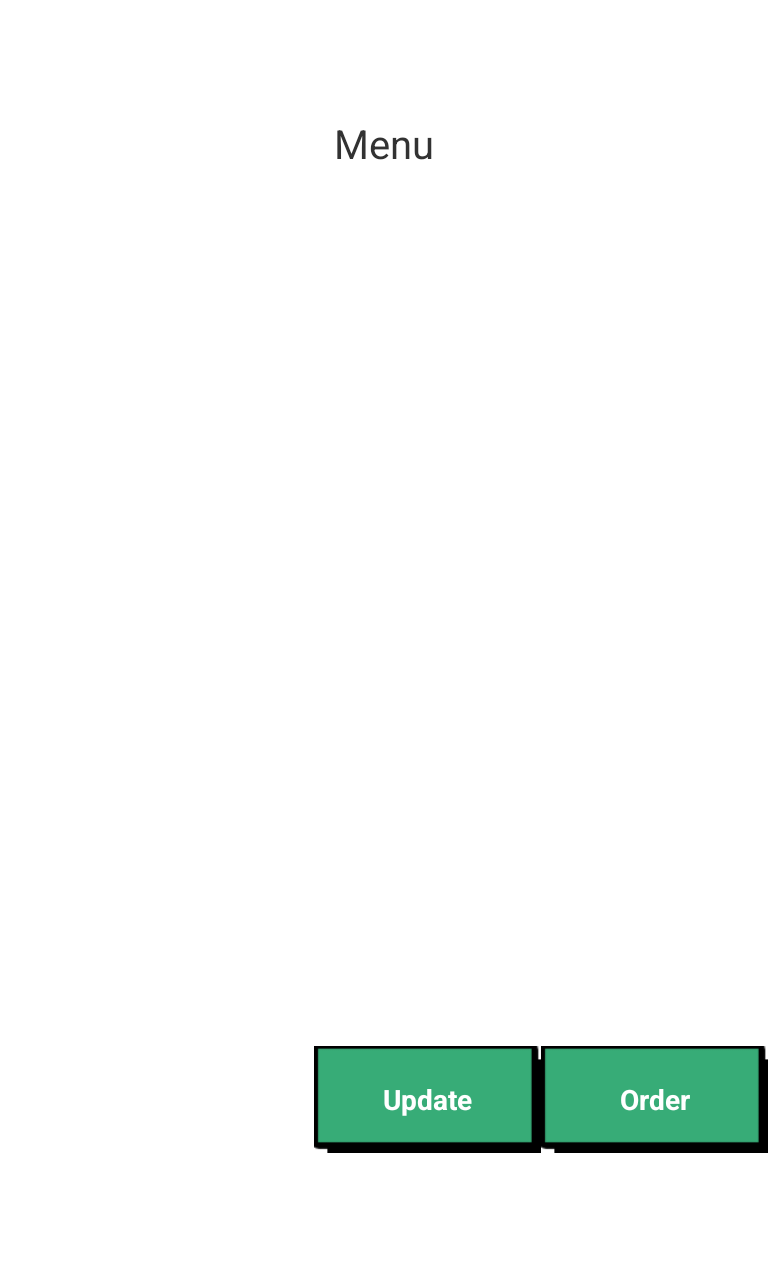
Repository: VanThi/Smart_Order
Layout: Project OS/Project_SO/res/layout/menu_item.xml
An editor plug-in stored every save of this project. The layout is shown before and after the next save, followed by the edit.
It is drawn on a 768 x 1280 px phone screen (xhdpi) without system bars, with theme AppTheme; the app's code is not run. Lists and similar views that code fills are empty.

Above is the layout before, as saved 2013-11-09 13:23:06.

### Project OS/Project_SO/res/layout/menu_item.xml
<?xml version="1.0" encoding="utf-8"?>
<LinearLayout xmlns:android="http://schemas.android.com/apk/res/android"
    android:layout_width="match_parent"
    android:layout_height="match_parent"
    android:orientation="vertical" >

    <TextView
        android:layout_width="wrap_content"
        android:layout_height="0dp"
        android:layout_weight="1" />

    <TextView
        android:layout_width="wrap_content"
        android:layout_height="0dp"
        android:layout_gravity="center"
        android:layout_weight="1"
        android:text="@string/menu"
        android:textSize="20sp" />

    <ListView
        android:id="@+id/menu_item"
        android:layout_width="wrap_content"
        android:layout_height="0dp"
        android:layout_weight="6" >
    </ListView>

    <TextView
        android:id="@+id/total"
        android:layout_width="wrap_content"
        android:layout_height="0dp"
        android:layout_gravity="right"
        android:textAppearance="?android:attr/textAppearanceLarge"
        android:textIsSelectable="true"
        android:layout_weight="1" />

    <LinearLayout
        android:layout_width="wrap_content"
        android:layout_height="0dp"
        android:layout_gravity="right"
        android:layout_weight="1"
        android:orientation="horizontal" >

        <Button
            android:id="@+id/updatebutton"
            style="@style/Button"
            android:layout_width="wrap_content"
            android:layout_height="wrap_content"
            android:text="@string/update" />

        <Button
            android:id="@+id/order"
            style="@style/Button"
            android:layout_width="wrap_content"
            android:layout_height="wrap_content"
            android:text="@string/order" />
    </LinearLayout>

    <TextView
        android:layout_width="wrap_content"
        android:layout_height="0dp"
        android:layout_weight="1" />

</LinearLayout>

### Project OS/Project_SO/res/values/styles.xml
<resources>

    <!--
        Base application theme, dependent on API level. This theme is replaced
        by AppBaseTheme from res/values-vXX/styles.xml on newer devices.
    -->
    <style name="AppBaseTheme" parent="android:Theme.Light">
        <!--
            Theme customizations available in newer API levels can go in
            res/values-vXX/styles.xml, while customizations related to
            backward-compatibility can go here.
        -->
    </style>

    <style name="NoActionBar" parent="@android:style/Theme.Holo.NoActionBar">
        <!-- Inherits the Holo theme with no action bar; no other styles needed. -->
    </style>

    <!-- Application theme. -->
    <style name="AppTheme" parent="AppBaseTheme">
        <!-- All customizations that are NOT specific to a particular API-level can go here. -->
    </style>

    <style name="HeaderBG">
        <item name="android:layout_width">fill_parent</item>
        <item name="android:layout_height">60dp</item>
        <item name="android:background">@drawable/header_bg</item>
        <item name="android:orientation">horizontal</item>
    </style>

    <style name="HeaderText">
        <item name="android:textColor">#FFFFFF</item>
        <item name="android:textSize">22sp</item>
        <item name="android:textStyle">bold</item>
        <item name="android:ellipsize">end</item>
        <item name="android:gravity">center</item>
        <item name="android:singleLine">true</item>
        <item name="android:text">@string/app_name</item>
    </style>

    <style name="Background">
        <item name="android:layout_width">fill_parent</item>
        <item name="android:layout_height">fill_parent</item>
        <item name="android:background">@color/background</item>
        <item name="android:orientation">vertical</item>
    </style>

    <style name="MENU">
        <item name="android:layout_width">fill_parent</item>
        <item name="android:layout_height">63dp</item>
        <item name="android:background">@drawable/menu_bg</item>
        <item name="android:gravity">center_vertical</item>
        <item name="android:padding">10dp</item>
        <item name="android:textColor">#FFFFFF</item>
        <item name="android:textSize">16sp</item>
    </style>

    <style name="TextDescription">
        <item name="android:textColor">@color/black</item>
        <item name="android:textSize">16sp</item>
        <item name="android:typeface">sans</item>
        <item name="android:textStyle">bold</item>
    </style>

    <style name="Text">
        <item name="android:textColor">@color/black</item>
        <item name="android:textSize">20sp</item>
        <item name="android:typeface">sans</item>
    </style>

    <style name="EditText">
        <item name="android:textColor">@color/black</item>
        <item name="android:textSize">14sp</item>
        <item name="android:typeface">sans</item>
        <item name="android:padding">5dp</item>
    </style>

    <style name="Button">
        <item name="android:padding">5dp</item>
        <item name="android:textStyle">bold</item>
        <item name="android:textColor">@color/white</item>
        <item name="android:textSize">14sp</item>
        <item name="android:background">@drawable/btn_bg</item>
        <item name="android:typeface">sans</item>
        <item name="android:layout_width">90dp</item>
        <item name="android:layout_height">40dp</item>
    </style>

    <style name="ButtonRight">
        <item name="android:padding">5dp</item>
        <item name="android:textStyle">bold</item>
        <item name="android:textColor">@color/white</item>
        <item name="android:textSize">14sp</item>
        <item name="android:background">@drawable/btn_bg</item>
        <item name="android:typeface">sans</item>
        <item name="android:layout_width">90dp</item>
        <item name="android:layout_height">40dp</item>
        <item name="android:layout_marginLeft">5dp</item>
    </style>

    <style name="CustomProgressBar" parent="android:Widget.ProgressBar.Horizontal">
        <item name="android:layout_width">200dp</item>
        <item name="android:layout_height">wrap_content</item>
        <item name="android:padding">5dp</item>
        <item name="android:layout_marginRight">10dp</item>
        <item name="android:indeterminateOnly">false</item>
        <item name="android:progressDrawable">@drawable/custom_progress_bar_horizontal</item>
        <item name="android:minHeight">10dip</item>
        <item name="android:maxHeight">20dip</item>
    </style>


</resources>

### Project OS/Project_SO/res/values/strings.xml
<?xml version="1.0" encoding="utf-8"?>
<resources>

    <string name="app_name">Smart Order</string>
    <string name="action_settings">Settings</string>
    <string name="hello_world">Hello world!</string>
    <string name="menu_item">Menu</string>
    <string name="configuration">View Info</string>
    <string name="viewOrder">View Order</string>
    <string name="logout">Logout</string>
    <string name="exit">Exit</string>
    <string name="userName">User Name</string>
    <string name="password">Password</string>
    <string name="address">Address</string>
    <string name="phoneNumber">Phone Number</string>
    <string name="email">Email</string>
    <string name="confirm">Confirm</string>
    <string name="fullName">Full Name</string>
    <string name="register">Not have a account?</string>
    <string name="login">Login</string>
    <string name="developer">CyberSoft Team 1</string>
    <string name="clear">Clear</string>
    <string name="update">Update</string>
    <string name="order">Order</string>
    <string name="save">Save</string>
    <string name="registerForm">Register Form</string>
	<string name="configurationForm">View Info</string>
	<string name="ok">OK</string>
	<string name="back">Back</string>
	<string name="inc">+</string>
	<string name="dec">-</string>
	<string name="menu">Menu</string>

</resources>

### Project OS/Project_SO/res/values/colors.xml
<?xml version="1.0" encoding="utf-8"?>
<resources>
	<color name="transparent">#00000000</color>
	<color name="menu_background">#C0C0C0</color>
	<color name="background">#ffffff</color>

	<!-- Process bar -->
	<color name="black">#000000</color>
	<color name="white">#ffffff</color>
	<color name="progressbar">#4b80ce</color>

</resources>

### Project OS/Project_SO/res/drawable/btn_bg.xml
<?xml version="1.0" encoding="utf-8"?>
<selector xmlns:android="http://schemas.android.com/apk/res/android">
    <item android:state_pressed="true"
          android:drawable="@drawable/btn_bg_selected" /> <!-- pressed -->
    <item android:state_focused="true"
          android:drawable="@drawable/btn_bg_selected" /> <!-- focused -->
    <item android:drawable="@drawable/btn_bg_normal" /> <!-- default -->
</selector>

Loaded but not shown: Project OS/Project_SO/res/values-v11/styles.xml (common file); Project OS/Project_SO/res/values-v14/styles.xml (common file)

After the next save:
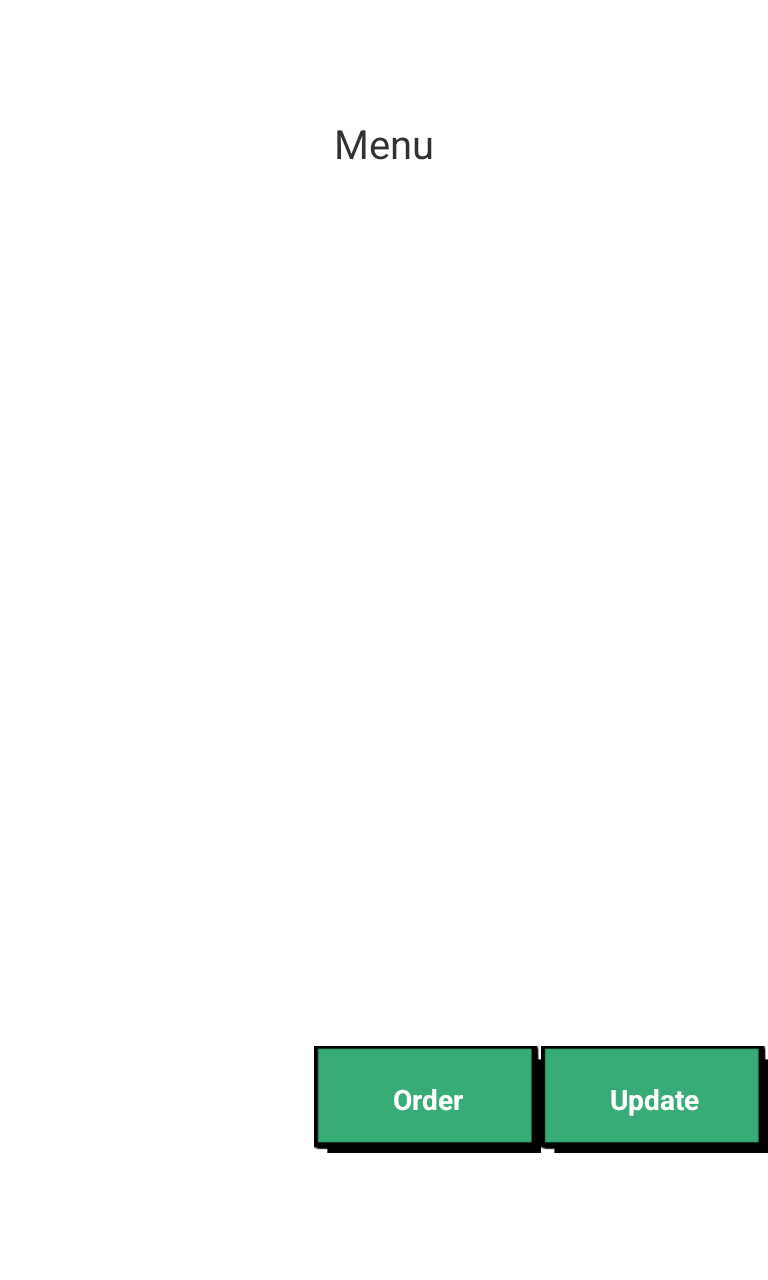
Saved 48 s later.
--- a/Project OS/Project_SO/res/layout/menu_item.xml
+++ b/Project OS/Project_SO/res/layout/menu_item.xml
@@ -41,18 +41,18 @@
         android:orientation="horizontal" >
 
         <Button
+            android:id="@+id/order"
+            style="@style/Button"
+            android:layout_width="wrap_content"
+            android:layout_height="wrap_content"
+            android:text="@string/order" />
+        <Button
             android:id="@+id/updatebutton"
             style="@style/Button"
             android:layout_width="wrap_content"
             android:layout_height="wrap_content"
             android:text="@string/update" />
 
-        <Button
-            android:id="@+id/order"
-            style="@style/Button"
-            android:layout_width="wrap_content"
-            android:layout_height="wrap_content"
-            android:text="@string/order" />
     </LinearLayout>
 
     <TextView
